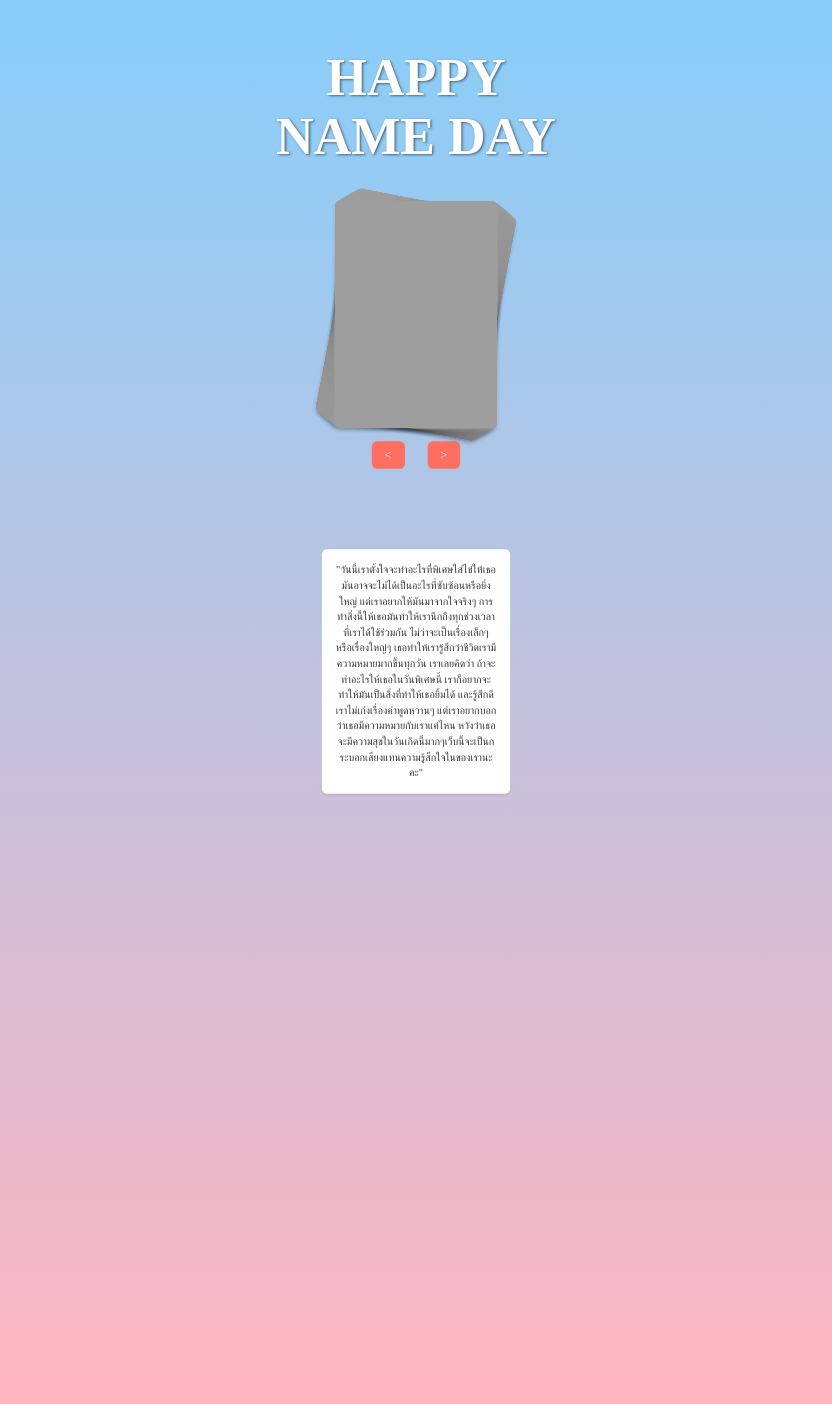
Repository: naps00/BIRTHDAY
Page: /details
The author's editor kept a copy of each file at every save. The page is drawn from the files as they stood at one save, then again after the next save.
The browser window is 1280 px wide. The pictures show the whole page, at 65% of full size.
Pictures or frames that could not be fetched are drawn as grey boxes. The project was rebuilt for these pictures with package versions that can differ from the ones it lists, and the page was loaded fresh each time.

Above is the page before, as saved 2024-12-12 20:00:13.

After the next save:
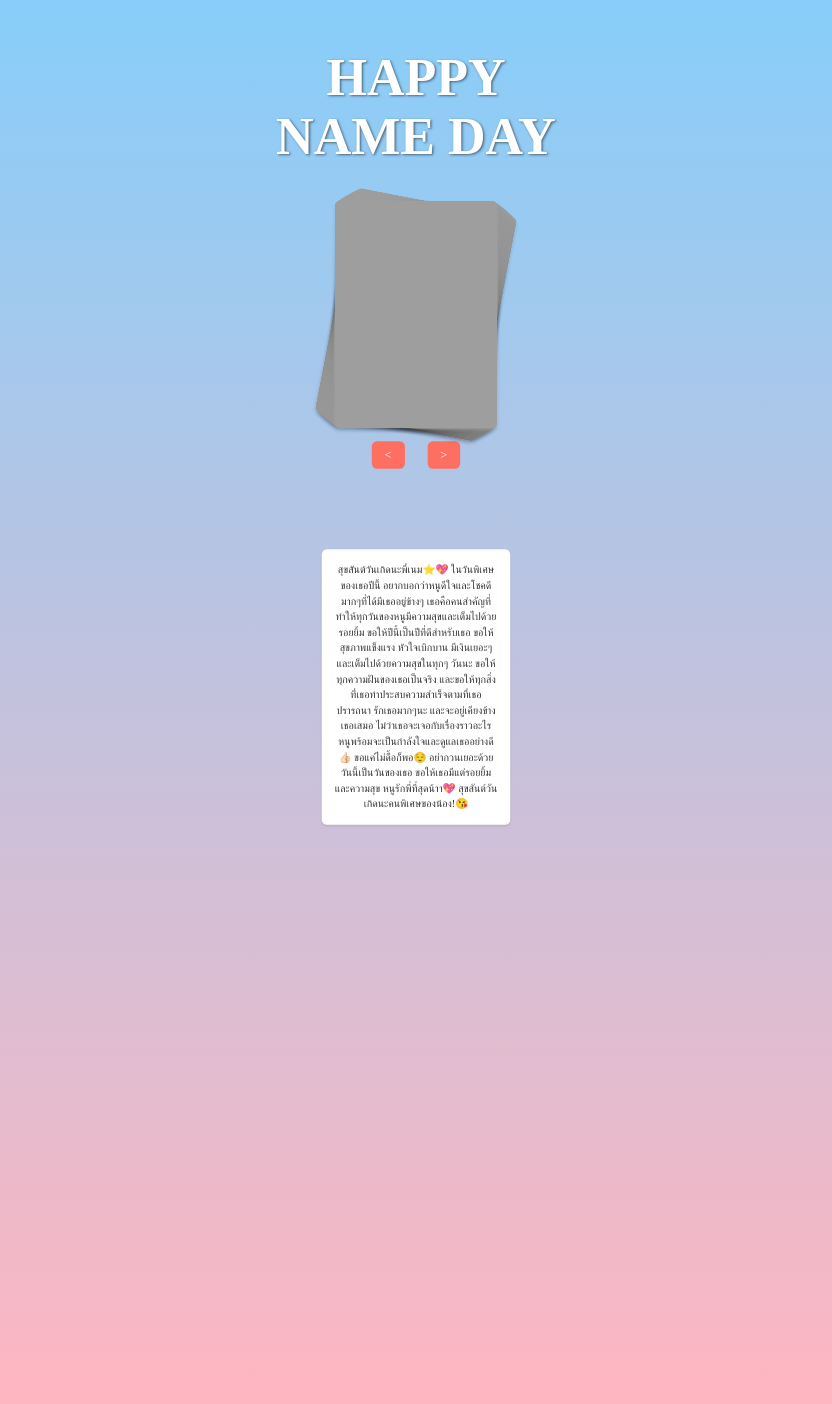
Saved 8 min 56 s later.
--- a/src/details.js
+++ b/src/details.js
@@ -93,10 +93,15 @@ function Details() {
           lineHeight: '1.5',
         }}
       >
-        "วันนี้เราตั้งใจจะทำอะไรที่พิเศษใส่ไข่ให้เธอ มันอาจจะไม่ได้เป็นอะไรที่ซับซ้อนหรือยิ่งใหญ่ แต่เราอยากให้มันมาจากใจจริงๆ
-การทำสิ่งนี้ให้เธอมันทำให้เรานึกถึงทุกช่วงเวลาที่เราได้ใช้ร่วมกัน ไม่ว่าจะเป็นเรื่องเล็กๆ หรือเรื่องใหญ่ๆ เธอทำให้เรารู้สึกว่าชีวิตเรามีความหมายมากขึ้นทุกวัน
-เราเลยคิดว่า ถ้าจะทำอะไรให้เธอในวันพิเศษนี้ เราก็อยากจะทำให้มันเป็นสิ่งที่ทำให้เธอยิ้มได้ และรู้สึกดี เราไม่เก่งเรื่องคำพูดหวานๆ แต่เราอยากบอกว่าเธอมีความหมายกับเราแค่ไหน
-หวังว่าเธอจะมีความสุขในวันเกิดนี้มากๆเว็บนี้จะเป็นกระบอกเสียงแทนความรู้สึกใจในของเรานะคะ"
+        สุขสันต์วันเกิดนะพี่เนม⭐️💖
+
+ในวันพิเศษของเธอปีนี้ อยากบอกว่าหนูดีใจและโชคดีมากๆที่ได้มีเธออยู่ข้างๆ เธอคือคนสำคัญที่ทำให้ทุกวันของหนูมีความสุขและเต็มไปด้วยรอยยิ้ม
+
+ขอให้ปีนี้เป็นปีที่ดีสำหรับเธอ ขอให้สุขภาพแข็งแรง หัวใจเบิกบาน มีเงินเยอะๆ และเต็มไปด้วยความสุขในทุกๆ วันนะ ขอให้ทุกความฝันของเธอเป็นจริง และขอให้ทุกสิ่งที่เธอทำประสบความสำเร็จตามที่เธอปรารถนา
+
+รักเธอมากๆนะ และจะอยู่เคียงข้างเธอเสมอ ไม่ว่าเธอจะเจอกับเรื่องราวอะไร หนูพร้อมจะเป็นกำลังใจและดูแลเธออย่างดี👍🏻 ขอแค่ไม่ดื้อก็พอ😌 อย่ากวนเยอะด้วย
+
+วันนี้เป็นวันของเธอ ขอให้เธอมีแต่รอยยิ้มและความสุข หนูรักพี่ที่สุดน้าา💖 สุขสันต์วันเกิดนะคนพิเศษของน้อง!😘
       </div>
 
 
